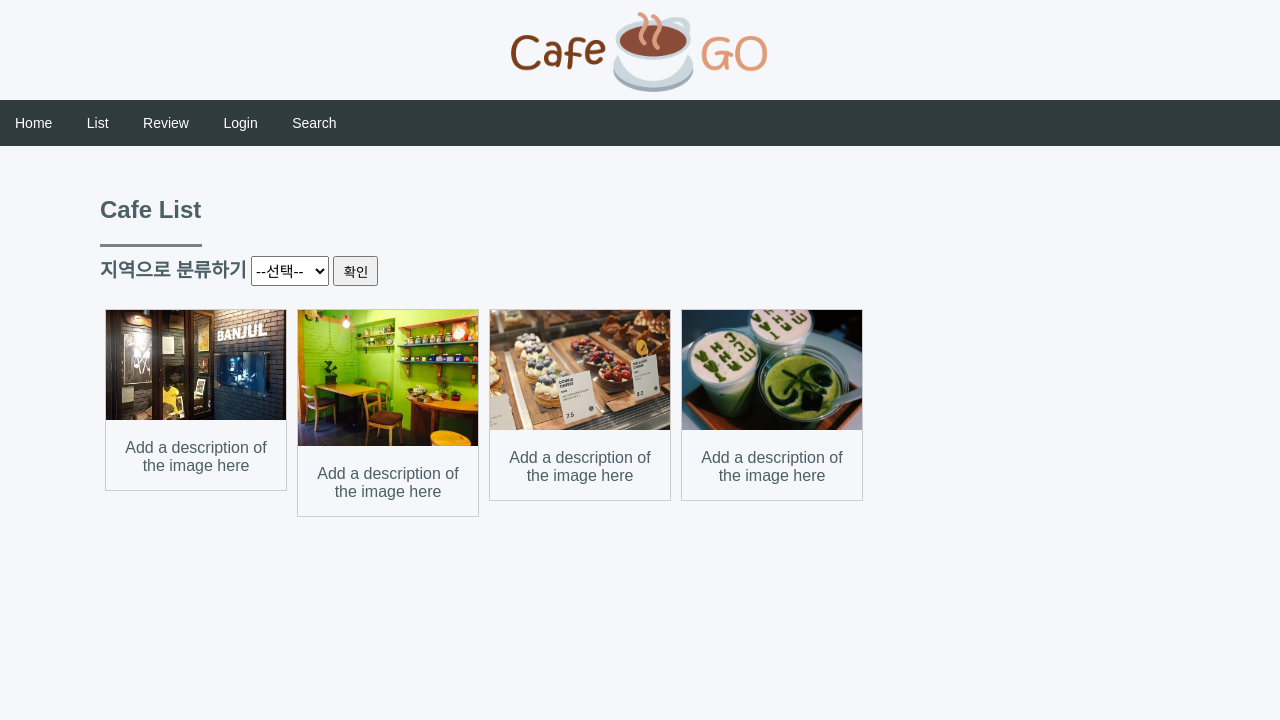
Repository: JuYeong0413/Web-Programming
Page: http://localhost/CafeGo/list.jsp
The author's editor kept a copy of each file at every save. The page is drawn from the files as they stood at one save, then again after the next save.
The browser window is 1280 px wide. The pictures show the whole page.
The page is served by Tomcat 9. Queries for data that is not in the repository find no rows.

Above is the page before, as saved 2018-12-23 06:03:58.

After the next save:
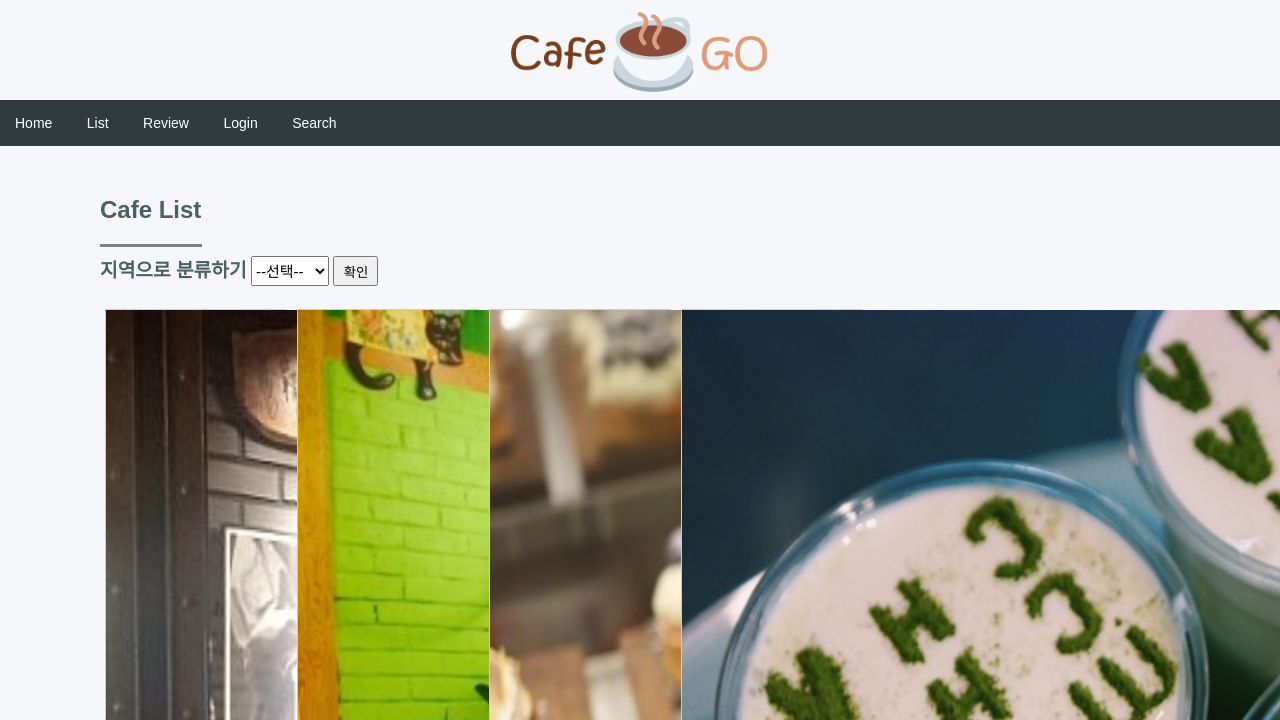
Saved 2 min 14 s later.
--- a/Project/CafeGo/WebContent/list.jsp
+++ b/Project/CafeGo/WebContent/list.jsp
@@ -103,22 +103,22 @@
 
 		<center>
 			<div class="gallery">
-				<img src="image/반쥴.jpg" alt="반쥴" width="800" height="600">
+				<img src="image/반쥴.jpg" alt="반쥴">
 				<div class="desc">Add a description of the image here</div>
 			</div>
 
 			<div class="gallery">
-				<img src="image/에빈의커피이야기.jpg" alt="에빈의커피이야기" width="800" height="600">
+				<img src="image/에빈의커피이야기.jpg" alt="에빈의커피이야기">
 				<div class="desc">Add a description of the image here</div>
 			</div>
 
 			<div class="gallery">
-				<img src="image/앤드커피랩.jpg" alt="앤드커피랩" width="800" height="600">
+				<img src="image/앤드커피랩.jpg" alt="앤드커피랩">
 				<div class="desc">Add a description of the image here</div>
 			</div>
 
 			<div class="gallery">
-				<img src="image/맛차차.jpg" alt="맛차차" width="600" height="400">
+				<img src="image/맛차차.jpg" alt="맛차차">
 				<div class="desc">Add a description of the image here</div>
 			</div>
 		</center>
--- a/Project/CafeGo/WebContent/list.css
+++ b/Project/CafeGo/WebContent/list.css
@@ -10,8 +10,8 @@
 }
 
 div.gallery img {
-	width: 100%;
-	height: auto;
+	width: 1200px;
+	height: 1000px;
 }
 
 div.desc {
